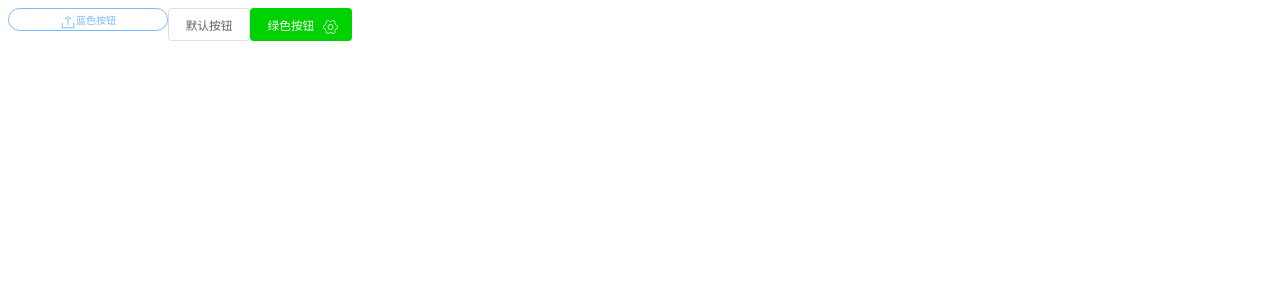
Repository: Cherry-pan/component-packing
Page: /
An editor plug-in stored every save of this project. The page is shown before and after the next save, followed by the edit.
The browser window is 1280 px wide. The pictures show the whole page.
The project was rebuilt for these pictures with package versions that can differ from the ones it lists, and the page was loaded fresh each time. Also part of the build but not shown: vue.config.js.

Above is the page before, as saved 2022-04-30 15:53:59.

### index.html
<!DOCTYPE html>
<html>
  <head>
    <meta charset="utf-8">
    <meta name="viewport" content="width=device-width,initial-scale=1.0">
    <title>component-packing</title>
  </head>
  <body>
    <div id="app"></div>
    <!-- built files will be auto injected -->
  </body>
</html>

### src/main.js
// The Vue build version to load with the `import` command
// (runtime-only or standalone) has been set in webpack.base.conf with an alias.
import Vue from 'vue'
import App from './App'
import router from './router'

Vue.config.productionTip = false
// 引入icon css样式
import "./styles/icon/iconfont.css"
/* eslint-disable no-new */
new Vue({
  el: '#app',
  router,
  components: { App },
  template: '<App/>'
})

### src/styles/icon/iconfont.css
@font-face {
  font-family: "iconfont"; /* Project id 3369880 */
  src:url('iconfont.ttf?t=1651303504252') format('truetype');
}

.iconfont {
  font-family: "iconfont" !important;
  font-size: 16px;
  font-style: normal;
  -webkit-font-smoothing: antialiased;
  -moz-osx-font-smoothing: grayscale;
}

.icon-shezhi:before {
  content: "\e64b";
}

.icon-shangchuan:before {
  content: "\e600";
}

### src/components/Home.vue
<template>
  <div style="display:flex">
    <AButton
      type="primary"
      border
      round
      disabled
      size="mini"
      minWidth="160px"
      prefix="shangchuan"
      block
    >
      蓝色按钮
    </AButton>
    <AButton>
      默认按钮
    </AButton>
    <AButton type="success" suffix="shezhi">
      绿色按钮
    </AButton>
  </div>
</template>

<script>
export default {
  name: "Home",
  components: {
    AButton: () => import("@/components/button/Button.vue")
  },

  data() {
    return {};
  }
};
</script>

<!-- Add "scoped" attribute to limit CSS to this component only -->
<style scoped></style>

### src/components/button/Button.vue
<template>
  <div>
    <button
      :class="[theme, isBorder, isRound, specifications,blockCss]"
      :disabled="disabled"
      class="a-button"
      :style="[minWidthCss]"
    >
      <span>
        <i
          v-if="iconPrefix"
          class="iconfont icon-prefix"
          :class="iconPrefix"
        ></i>
        <slot></slot>
        <i
          v-if="iconSuffix"
          class="iconfont icon-suffix"
          :class="iconSuffix"
        ></i>
      </span>
    </button>
  </div>
</template>

<script>
export default {
  name: "Button",
  props: {
    //   类型
    type: {
      type: String,
      default: ""
    },
    // 边框
    border: Boolean, //默认是false
    // 圆角
    round: Boolean,
    // 是否禁用
    disabled: Boolean,
    size: {
      type: String,
      default: ""
    },
    minWidth: {
      type: String,
      default: ""
    },
    prefix: {
      type: String,
      default: ""
    },
    suffix: {
      type: String,
      default: ""
    },
    block: {
      type: String,
      default: ""
    }
  },
  computed: {
    // 监听变化
    theme() {
      console.log(this.type);
      // 如果有值，返回
      return this.type ? `a-button-${this.type}` : "";
    },
    isBorder() {
      return this.border ? "is-border" : "";
    },
    isRound() {
      return this.round ? "is-round" : "";
    },
    specifications() {
      return this.size ? `a-button-${this.size}` : "";
    },
    minWidthCss() {
      // 如果没有值，返回空，有值拼接css样式
      if (!this.minWidth) {
        return "";
      }
      return { "min-width": this.minWidth };
    },
    iconPrefix() {
      return this.prefix ? `icon-${this.prefix}` : "";
    },
    iconSuffix() {
      return this.suffix ? `icon-${this.suffix}` : "";
    },
    blockCss() {
      return this.block ? `a-button-block` : "";
    }
  },
  data() {
    return {};
  },

  mounted() {},

  methods: {}
};
</script>

<style lang="scss" scoped>
.a-button {
  padding: 0 1.0417rem 0 1.0417rem;
  border-width: 0.0521rem;
  border-color: #dcdfe6;
  border-style: solid;
  border-radius: 0.2083rem;
  background-color: white;
  font-size: 0.7292rem;
  color: #606266;
  height: 2.0833rem;
  + .a-button {
    margin-left: 0.7292rem;
  }
  > span {
    display: flex;
    align-items: center;
    justify-content: center;
  }
  i {
    width: 0.7292rem;
    height: 0.7292rem;
  }
  .icon-prefix {
    margin-right: 0.5208rem;
  }
  .icon-suffix {
    margin-left: 0.5208rem;
  }
}
// 禁用 透明度
.a-button[disabled] {
  opacity: 0.7;
  // 鼠标变成禁用
  cursor: not-allowed;
}
.a-button-primary {
  border-color: #409eff;
  background-color: #409eff;
  color: white;
  &.is-border {
    background-color: transparent;
    color: #409eff;
  }
}
.a-button-success {
  border-color: #00d100;
  background-color: #00d100;
  color: white;
  &.is-border {
    background-color: transparent;
    color: #00d100;
  }
}
.a-button-warning {
  border-color: #e6a23c;
  background-color: #e6a23c;
  color: white;
  &.is-border {
    background-color: transparent;
    color: #e6a23c;
  }
}
.a-button-danger {
  border-color: #f56c6c;
  background-color: #f56c6c;
  color: white;
  &.is-border {
    background-color: transparent;
    color: #f56c6c;
  }
}
// 圆角
.is-round {
  border-radius: 5.2083rem;
}
// 尺寸
.a-button-medium {
  height: 1.875rem;
}
.a-button-small {
  height: 1.6667rem;
  font-size: 0.625rem;
  padding: 0 0.7813rem 0 0.7813rem;
  .icon-prefix {
    margin-right: 0.2604rem;
  }
  .icon-suffix {
    margin-left: 0.2604rem;
  }
}
.a-button-mini {
  height: 1.4583rem;
  font-size: 0.625rem;
  padding: 0 0.7813rem 0 0.7813rem;
  .icon-prefix {
    margin-right: 0.2604rem;
  }
  .icon-suffix {
    margin-left: 0.2604rem;
  }
}
.a-button-block{
    display: block;
}
</style>

Loaded but not shown: src/App.vue (common file); src/router/index.js (common file)

After the next save:
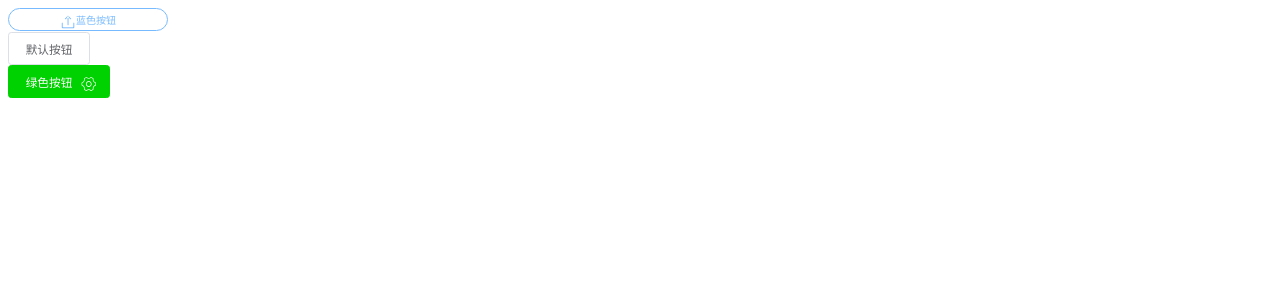
Saved 11 s later.
--- a/src/components/Home.vue
+++ b/src/components/Home.vue
@@ -1,5 +1,5 @@
 <template>
-  <div style="display:flex">
+  <div>
     <AButton
       type="primary"
       border
